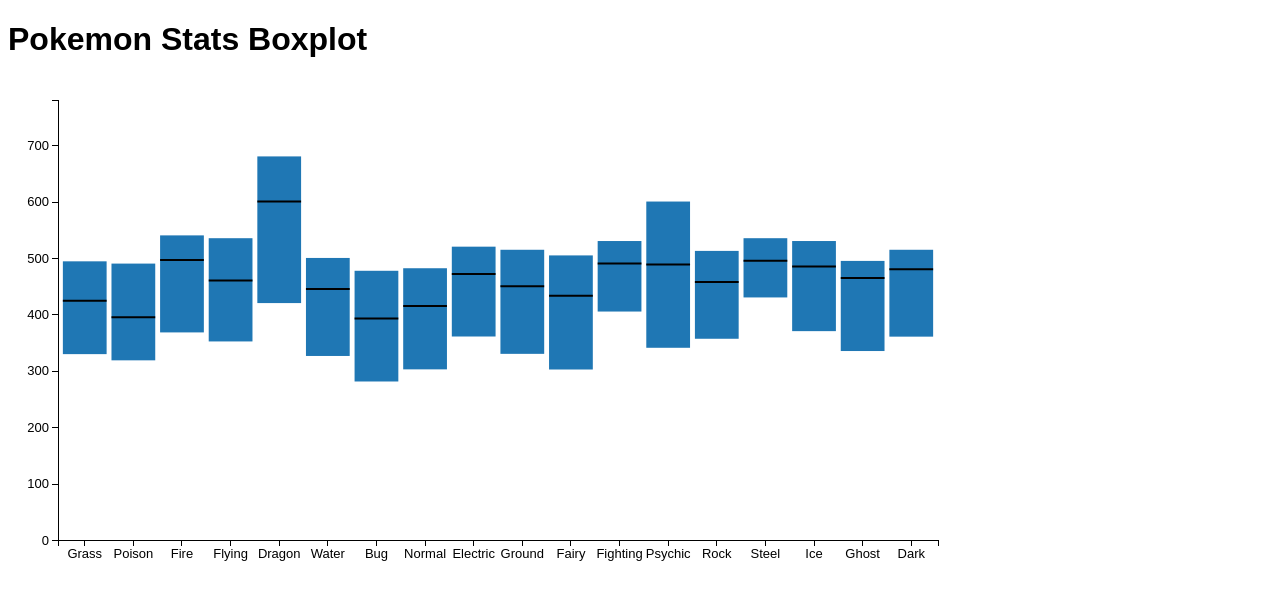
Repository: Cartterr/Proyecto-VisInfo
Page: Propuesta1_Tipos_Cajas.html
An editor plug-in stored every save of this project. The page is shown before and after the next save, followed by the edit.
The browser window is 1280 px wide. The pictures show the whole page.

Above is the page before, as saved 2023-06-21 03:31:12.

### Propuesta1_Tipos_Cajas.html
<!DOCTYPE html>
<html>
<head>
    <meta charset="utf-8">
    <title>Pokemon Stats Boxplot</title>
    <link rel="stylesheet" href="Propuesta1_Tipos_Cajas.css">
    <script src="https://d3js.org/d3.v7.min.js"></script>
</head>
<body>
    <h1>Pokemon Stats Boxplot</h1>
    <div id="boxplot"></div>
    <script src="Propuesta1_Tipos_Cajas.js"></script>
</body>
</html>

### Propuesta1_Tipos_Cajas.css
body {
    font-family: Arial, sans-serif;
}

.box {
    fill: #1f77b4;
}

.median {
    stroke: black;
    stroke-width: 2px;
}

.axis text {
    font-size: 13px;
}

.axis line,
.axis path {
    fill: none;
    stroke: #000;
    shape-rendering: crispEdges;
}

### Propuesta1_Tipos_Cajas.js
d3.csv("pokemon.csv").then(data => {
    const types = Array.from(new Set(data.flatMap(d => [d["Type 1"], d["Type 2"]]).filter(Boolean)));
    const typeStats = types.map(type => data.filter(d => d["Type 1"] === type || d["Type 2"] === type).map(d => +d.Total));

    const margin = { top: 20, right: 30, bottom: 40, left: 50 },
        width = 960 - margin.left - margin.right,
        height = 500 - margin.top - margin.bottom;

    const svg = d3.select("#boxplot")
        .append("svg")
        .attr("width", width + margin.left + margin.right)
        .attr("height", height + margin.top + margin.bottom)
        .append("g")
        .attr("transform", `translate(${margin.left},${margin.top})`);

    const x = d3.scaleBand()
        .range([0, width])
        .domain(types)
        .padding(0.1);

    const y = d3.scaleLinear()
        .range([height, 0])
        .domain([0, d3.max(typeStats, d => d3.max(d))]);

    const xAxis = d3.axisBottom(x);
    const yAxis = d3.axisLeft(y);

    svg.append("g")
        .attr("class", "axis")
        .attr("transform", `translate(0,${height})`)
        .call(xAxis);

    svg.append("g")
        .attr("class", "axis")
        .call(yAxis);

    const boxWidth = Math.min(50, x.bandwidth());

    svg.selectAll(".box")
        .data(typeStats)
        .enter()
        .append("rect")
        .attr("class", "box")
        .attr("x", (d, i) => x(types[i]) + (x.bandwidth() - boxWidth) / 2)
        .attr("width", boxWidth)
        .attr("y", d => y(d3.quantile(d, 0.75)))
        .attr("height", d => y(d3.quantile(d, 0.25)) - y(d3.quantile(d, 0.75)));

    svg.selectAll(".median")
        .data(typeStats)
        .enter()
        .append("line")
        .attr("class", "median")
        .attr("x1", (d, i) => x(types[i]) + (x.bandwidth() - boxWidth) / 2)
        .attr("x2", (d, i) => x(types[i]) + (x.bandwidth() + boxWidth) / 2)
        .attr("y1", d => y(d3.median(d)))
        .attr("y2", d => y(d3.median(d)));
});

After the next save:
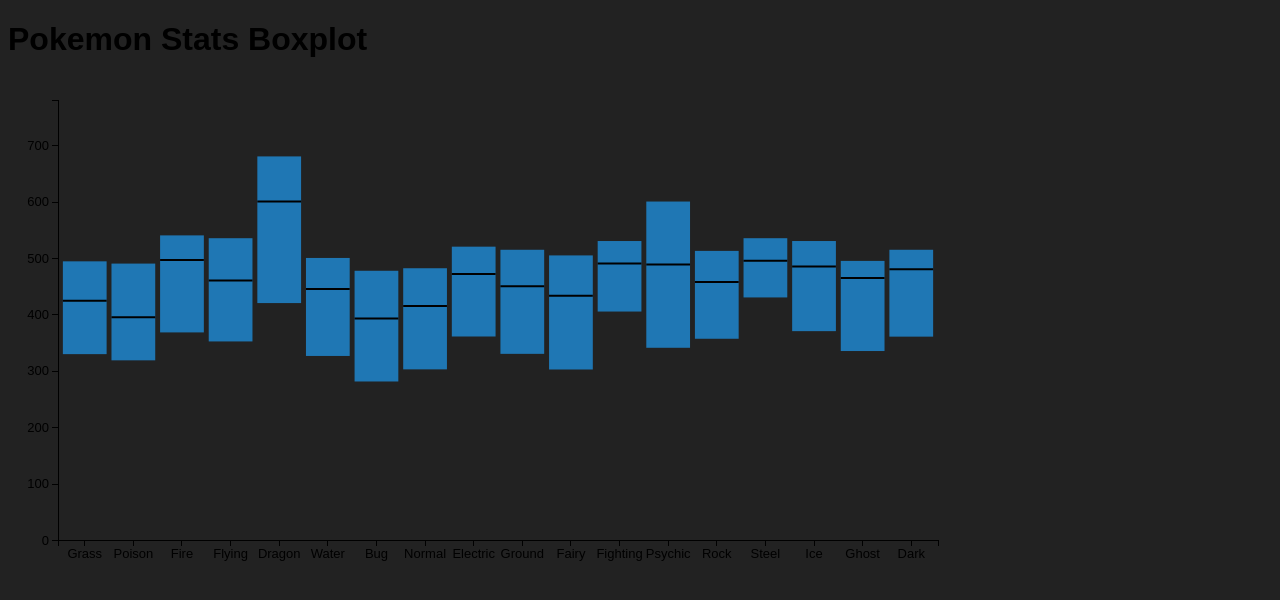
Saved 23 s later.
--- a/Propuesta1_Tipos_Cajas.css
+++ b/Propuesta1_Tipos_Cajas.css
@@ -1,5 +1,6 @@
 body {
     font-family: Arial, sans-serif;
+    background-color: #222;
 }
 
 .box {
